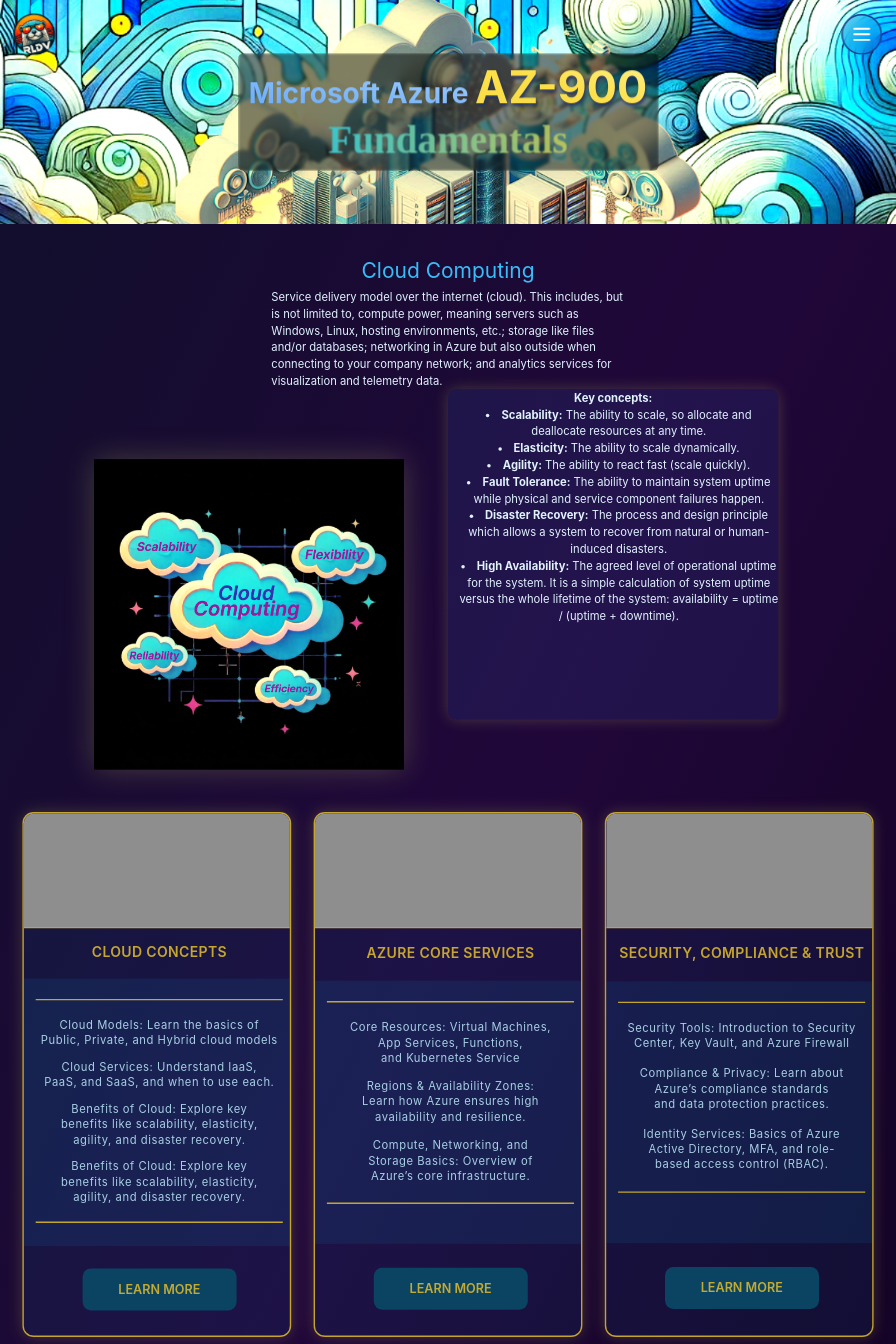
Repository: Freezler/az-900_svelte5
Page: /
These files come from the project's save history. The page is drawn as it stood at one moment and after the next save; the edit follows.
The browser window is 1280 px wide. The pictures show the part of the page from y = 0 to 1920 px (the page is 2638 px tall), at 70% of full size.
Pictures or frames that could not be fetched are drawn as grey boxes. The project was rebuilt for these pictures with package versions that can differ from the ones it lists, and the page was loaded fresh each time. The framework's server and built-in components were replaced by stand-ins that run in the browser. Also part of the build but not shown: vite.config.ts.

Above is the page before, as saved 2024-11-10 10:42:52.

### src/app.html
<!doctype html>
<html lang="en">
	<head>
		<meta charset="utf-8" />
		<link rel="icon" href="%sveltekit.assets%/favicon.png" />
		<meta name="viewport" content="width=device-width, initial-scale=1" />
		%sveltekit.head%
	</head>
	<body data-sveltekit-preload-data="hover" >
		<div style="display: contents">%sveltekit.body%</div>
	</body>
</html>

### src/routes/+layout.svelte
<script lang="ts">
	import '../app.css';
	let { children } = $props();

</script>

<div class="bg-gradient-to-br from-[#0d0c28fc] via-[#1b0135f9] to-[#10021e] bg-cover bg-center bg-no-repeat ">{@render children()}</div>

### src/routes/+page.svelte
<script lang="ts">
	import ComputingArticle from '../components/ComputingArticle.svelte';

	import Toggle from '../components/Toggle.svelte';
	import Header from '../components/Header.svelte';
	import Popover from '../components/Menu.svelte';
	import Cards from '../components/Cards.svelte';
	import Login from '../components/Login.svelte';
</script>

<header class="">
	<Popover />
	<Header />
</header>
<main>
	<section>
		<ComputingArticle />
		<Cards />
	</section>
	<aside><Toggle /></aside>
	<footer><Login /></footer>
</main>

### src/app.css
@tailwind base;
@tailwind components;
@tailwind utilities;

:root {
  --text-color  : rgba(244, 205, 48, 0.888);
  --bg-color    : hsla(217, 87%, 3%, 0.298);
  --bg-color2   : hsla(299, 91%, 31%, 0.974);
  --bg-gradient : 135deg, rgba(237, 249, 10, .7) 0%, rgba(216, 204, 37, 0.7) 35%, rgba(0, 212, 255, 0.7) 100%;
  --bg-gradient2: 90deg, rgba(216, 204, 37, 0.5) 0%, rgba(0, 212, 255, 0.5) 70%;
}

* {
  margin     : 0;
  padding    : 0;
  box-sizing : border-box;
  user-select: none;
  /* outline : 1px dotted red; */
}

body {
  font-family: 'Inter', sans-serif;


}

### src/components/ComputingArticle.svelte
<div class="grid items-center justify-center gap-2 place-self-center text-sky-100 max-w-[50ch]  pt-12">
	<h2 class="text-3xl text-center text-sky-400">Cloud Computing</h2>
	<p>
		Service delivery model over the internet (cloud). This includes, but is not limited to, compute
		power, meaning servers such as Windows, Linux, hosting environments, etc.; storage like files
		and/or databases; networking in Azure but also outside when connecting to your company network;
		and analytics services for visualization and telemetry data.
	</p>
</div>

<section class="grid items-center grid-cols-1 lg:grid-cols-2 justify-center place-items-center z-10 text-center">
	<img
		src="../public/images/cloud.png"
		alt="cloudSolutions"
		loading="lazy"

		class=" text-sky-100 drop-shadow-[0_0px_22px_rgba(255,255,99,0.2)] w-[572px] place-self-center"
	/>
	<article
		class=" bg-blue-500/10  text-sky-100 w-[472px] h-[472px] place-self-start rounded-xl shadow-[0_0px_22px_rgba(255,255,99,0.2)]"
	>
		<p><strong>Key concepts:</strong></p>
		<ul class="list-inside list-disc pl-4">
			<li>
				<strong>Scalability:</strong> The ability to scale, so allocate and deallocate resources at any
				time.
			</li>
			<li><strong>Elasticity:</strong> The ability to scale dynamically.</li>
			<li><strong>Agility:</strong> The ability to react fast (scale quickly).</li>
			<li>
				<strong>Fault Tolerance:</strong> The ability to maintain system uptime while physical and service
				component failures happen.
			</li>
			<li>
				<strong>Disaster Recovery:</strong> The process and design principle which allows a system to
				recover from natural or human-induced disasters.
			</li>
			<li>
				<strong>High Availability:</strong> The agreed level of operational uptime for the system. It
				is a simple calculation of system uptime versus the whole lifetime of the system: availability
				= uptime / (uptime + downtime).
			</li>
		</ul>
	</article>
</section>

### src/components/Toggle.svelte
<script lang="ts">

	let name = $state('Randy');
	let status: 'DARK' | 'LIGHT' = $state('DARK');
	let full_name = $derived(name + ' ' + 'de vries');

	function toggle() {
		status = status === 'DARK' ? 'LIGHT' : 'DARK';
	}

	function onclick() {
		status = status === 'DARK' ? 'LIGHT' : 'DARK';
		window.document.body.classList.toggle('dark-mode')
	}
</script>

<div class="max-w-[400px] mx-auto grid place-items-center items-center justify-center gap-2 border-2 p-4  py-8 my-4 bg-yellow-600/10">
		<p class="text-2xl font-serif text-white ">
			set theme: <span class="font-sans {status === 'LIGHT' ? 'text-gray-200' : 'text-red-900'}">{status}</span>
		</p>

		<!-- <button on:click={toggle}>toggle status</button> -->
		<button
			class=" w-[176px] rounded bg-blue-500 px-4 py-2 font-bold text-white hover:bg-blue-700 active:scale-[.98]"
			type="button"
			onclick={toggle}>Toggle theme</button
		>
	</div>

### src/components/Header.svelte
<script lang="ts">
	// Declare props
	let { name = 'AZ-900' } = $props();

	// Local state for the surname
	let surname = $state('Fundamentals');

	// Derived state for the full name
	let full_name = $derived(`${name} ${surname}`);
</script>

<div
	class="max-w-[100svw] z-100 mx-auto grid h-80 place-content-center place-items-center items-center justify-center bg-[url('/public/images/headImage.png')] bg-cover bg-top"
>
	<div class="grid backdrop-blur-[2px] px-4 rounded-lg backdrop-brightness-[.50] pb-4">
		<h1
			class="shadow-[rgba(7, 25, 224, 0.9)] drop bg-clip-text text-center text-[clamp(1rem,5vw,2.5rem)] font-bold text-transparent bg-gradient-to-tr from-blue-400 via-blue-300 to-blue-700  drop-shadow-[-2px_2px_2px_rgba(137, 25, 224, 0.9)]"
		>
			Microsoft Azure <span
				class="bg-gradient-to-tr from-yellow-300 via-yellow-300 to-yellow-200 bg-clip-text text-[clamp(2.8rem,5vw,8.5rem)] font-bold text-transparent drop-shadow-[2px_4px_2px_rgba(36,50,100,0.9)]"
				>{name}</span
			>
		</h1>
		<h3
			class="bg-clip-text text-6xl text-center text-[clamp(1rem,5vw,3.5rem)] font-[700] font-[montserrat] bg-gradient-to-r from-[hsl(192,88%,51%)] via-[--hsl(192,88%,71%)] to-[--text-color]  pb- text-transparent drop-shadow-[2px_4px_32px_rgba(6,100,150,0.9)] backdrop-brightness-[.90] "
		>
			{surname}
		</h3>
	</div>
</div>

### src/components/Menu.svelte
<script lang="ts">
	import { cubicInOut } from 'svelte/easing';
	import { fly } from 'svelte/transition';
	let showMenu: boolean = $state(false);


</script>

	<!-- Your existing code -->

<img
	src="/public/images/Design 2.png"
	alt="Ran form Logo"
	class="fixed left-[16px] top-[16px] w-[64px] rounded-full z-[200]"
/>
<button
	onclick={() => (showMenu = !showMenu)}
	class="fixed right-[20px] top-[20px] flex  h-[58px] w-[58px] items-center justify-center rounded-full bg-blue-600/20 backdrop-blur text-white border-2 border-blue-900"
>
	<svg
		xmlns="http://www.w3.org/2000/svg"
		class="h-8 w-8"
		fill="none"
		viewBox="0 0 24 24"
		stroke="currentColor"
	>
		{#if showMenu}
			<path
				stroke-linecap="round"
				stroke-linejoin="round"
				stroke-width="2"
				d="M6 18L18 6M6 6l12 12"
			/>
		{:else}
			<path
				stroke-linecap="round"
				stroke-linejoin="round"
				stroke-width="2"
				d="M4 6h16M4 12h16M4 18h16"
			/>
		{/if}
	</svg>
</button>

{#if showMenu}
	<ul
		class="items-center justify-center fixed bottom-0 right-0 z-100 grid h-[50vh] w-[100vw] border-t border-blue-900 place-content-center bg-blue-600/20 backdrop-blur text-white uppercase text-center text-xl z-[200]"
		transition:fly={{ y: 100, duration: 420, easing: cubicInOut }}
	>
		<li class="px-2 py-4 w-[80vw] underline underline-offset-4 transition-colors ease-linear duration-400 hover:bg-blue-600/20 rounded-t-lg  bg-blue-200/30">
			<a href="/">Home</a>
		</li>
		<li class=" px-2 py-4 transition-colors hover:underline underline-offset-4  ease-linear duration-400 hover:bg-blue-600/20  bg-blue-200/30">
			<a href="/concepts">Concepts</a>
		</li>
		<li class=" px-2 py-4 transition-colors hover:underline underline-offset-4 ease-linear duration-400 hover:bg-blue-600/20  bg-blue-200/30">
			<a href="/security">Security</a>
		</li>
		<li class="px-2 py-4 transition-colors  hover:underline underline-offset-4 ease-linear duration-400 hover:bg-blue-600/20 rounded-b-lg  bg-blue-200/30">
			<a href="/services">Services</a>
		</li>
	</ul>
{/if}

### src/components/Cards.svelte
<script>
	import { goto } from '$app/navigation';
	// Define your plans as an array of objects
	const concepts = [
		{
			url: 'concepts',
			image:
				'https://learn.microsoft.com/training/achievements/microsoft-azure-fundamentals-describe-cloud-concepts-social.png',
			name: 'Cloud Concepts',
			features: [
				'Cloud Models: Learn the basics of Public, Private, and Hybrid cloud models',
				'Cloud Services: Understand IaaS, PaaS, and SaaS, and when to use each.',
				'Benefits of Cloud: Explore key benefits like scalability, elasticity, agility, and disaster recovery.',
				'Benefits of Cloud: Explore key benefits like scalability, elasticity, agility, and disaster recovery.'

			]
		},
		{
			url: 'services',
			image:
				'https://images.unsplash.com/photo-1667372459510-55b5e2087cd0?q=80&w=1932&auto=format&fit=crop&ixlib=rb-4.0.3&ixid=M3wxMjA3fDB8MHxwaG90by1wYWdlfHx8fGVufDB8fHx8fA%3D%3D',
			name: 'Azure Core Services',
			features: [
				'Core Resources: Virtual Machines, App Services, Functions, and Kubernetes Service',
				'Regions & Availability Zones: Learn how Azure ensures high availability and resilience.',
				'Compute, Networking, and Storage Basics: Overview of Azure’s core infrastructure.'
			]
		},
		{
			url: 'security',
			image:
				'https://plus.unsplash.com/premium_photo-1700830452756-1a3f4314e564?q=80&w=1674&auto=format&fit=crop&ixlib=rb-4.0.3&ixid=M3wxMjA3fDB8MHxwaG90by1wYWdlfHx8fGVufDB8fHx8fA%3D%3D',
			name: 'Security, Compliance & Trust',
			features: [
				'Security Tools: Introduction to Security Center, Key Vault, and Azure Firewall',
				'Compliance & Privacy: Learn about Azure’s compliance standards and data protection practices.',
				'Identity Services: Basics of Azure Active Directory, MFA, and role-based access control (RBAC).'
			]
		}
	];
</script>

<section
	class="z-10 grid grid-rows-1 gap-8 py-8 md:grid-cols-2 md:gap-8 md:px-8 xl:grid-cols-3"
>
	{#each concepts as concept}
		<div
			class=" pt-1  grid grid-rows-[148px_64px_auto_auto] place-items-center overflow-hidden rounded-2xl border-2 border-[--text-color] bg-sky-600/10 pb-9 shadow-[0_0px_22px_rgba(255,255,99,0.2)] brightness-90 transition duration-700 hover:scale-[1.001] hover:border-[hsla(184,69%,60%,1)] hover:shadow-[2px_6px_12px_rgba(22,125,22,0.9)]"
		>
			<img
				src={concept.image}
				class=" z-10 h-[172px] pt-2  w-full border-b-2 border-[--text-color] object-cover object-center hover:border-[hsla(184,69%,60%,1)]"
				loading="lazy"
				alt="concept"
			/>
			<div class="row-span-2 grid grid-cols-subgrid place-items-center items-center justify-center">
				<h2 class="] mt-[28px] text-xl font-semibold uppercase tracking-wide text-[--text-color]">
					{concept.name}
				</h2>
			</div>

			<div
				class=" row-span-12 my-5 w-full grid grid-rows-subgrid place-items-start items-start gap-4 text-pretty border border-transparent bg-sky-500/10 px-4 pt-7 pb-6 text-center"
			>
				{#each concept.features as feature}
					<h3
						class="border-b-1 mx-auto  grid w-[35ch]  grid-rows-subgrid text-balance border-[--text-color] px-0 text-[14px] font-normal leading-snug tracking-wider text-sky-200 py-0 first:border-t-2 first:pt-6 last:pb-6 last:border-b-2 lg:text-[16px] border-s-fuchsia-400 ">
						{feature}
					</h3>
				{/each}
			</div>
			<button
				type="button"
				class="mx-auto mt-3 w-[220px] grid-cols-subgrid rounded-xl border-[2px_solid_var(--text-color)] bg-sky-900 px-8 py-4 text-base font-semibold uppercase text-[--text-color] transition duration-[420ms] hover:bg-sky-500 hover:text-white hover:shadow-[2px_2px_22px_rgb(65,183,255,0.9)] md:text-lg lg:text-lg"
				><a href="/{concept.url}">Learn more</a></button
			>
		</div>
	{/each}
</section>

### src/components/Login.svelte
<script>
	import { onMount } from 'svelte';
	let user = $state('Stranger');
	/**
	 * @param {any} response
	 */
	function googleLoginEndpoint(response) {
	  console.log('Google login successful:', response);
	}

	// onMount(() => {
	//   const script = document.createElement("script");
	//   script.src = "https://accounts.google.com/gsi/client";
	//   script.async = true;
	//   script.defer = true;
	//   document.head.appendChild(script);
	// });
</script>

<div class="relative flex min-h-[60vh] items-center justify-center py-16 ">
	<div class="flex w-full max-w-4xl flex-col overflow-hidden rounded-lg shadow-lg md:flex-row">
		<!-- Left side: Logo and Welcome message -->
		<div
			class="flex flex-col items-center justify-center bg-[url('/public/images/headImage.png')] bg-cover bg-center object-cover p-14 text-white md:w-1/2 "
		>
			<img
				src="/public/images/Design 2.png"
				alt="Ran form Logo"
				class="mb-4 h-40 w-40 rounded-full"
			/>
			<h2 class="text-2xl font-semibold p-2 rounded-xl bg-slate-600/50  ">Good Evening {user}!</h2>
			<p class="mt-2 text-center text-lg rounded-xl bg-slate-600/50  p-2 ">Log in to your account!</p>
		</div>

		<!-- Right side: Login Form -->
		<div
			class="flex flex-col items-center justify-center  h-[50vh] bg-blue-600/40 backdrop-blur pt-8 "
		>
			<!-- Google Login Button -->
			<div
				id="g_id_onload"
				data-client_id="YOUR_GOOGLE_CLIENT_ID"
				data-context="signin"
				data-callback="googleLoginEndpoint"
				data-close_on_tap_outside="false"
				data-prompt_parent_id="g_id_onload"
			></div>

			<button
				class="flex w-3/5 items-center justify-center space-x-2 rounded-full border border-gray-300 bg-white py-2 shadow-md hover:bg-gray-50 focus:outline-none"
			>
				<span class="fab fa-google text-gray-500"></span>
				<span class="text-gray-700">Continue with Google</span>
			</button>

			<!-- Divider -->
			<div class="my-4 flex w-full items-center">
				<hr class="flex-grow border-t border-gray-300" />
				<span class="px-3 text-gray-500">OR</span>
				<hr class="flex-grow border-t border-gray-300" />
			</div>

			<!-- Email Login Button -->
			<button
				class="flex w-3/5 items-center justify-center space-x-2 rounded-full border border-gray-300 bg-white py-2 shadow-md hover:bg-gray-50 focus:outline-none"
			>
				<span class="fa fa-user text-gray-500"></span>
				<span class="text-gray-700">Enter Email & Password</span>
			</button>

			<!-- Sign up and Terms Links -->
			<div class=" w-full text-center">
				<p class="text-sm text-red-300">
					Don't have an account? <a href="_blank" class="text-blue-600 hover:underline">Sign up</a>
				</p>
				<p class="mt-0 text-xs text-gray-500 w-[50ch]">
					By continuing, you agree to our <a href="_blank" target="_blank" class="hover:underline"
						>Terms of Service</a
					>
					and
					<a href="_blank" target="_blank" class="hover:underline">Privacy Policy</a>.
				</p>
			</div>
		</div>
	</div>
</div>

### tailwind.config.ts
import aspectRatio from '@tailwindcss/aspect-ratio';
import containerQueries from '@tailwindcss/container-queries';
import forms from '@tailwindcss/forms';
import typography from '@tailwindcss/typography';
// import type { Config } from 'tailwindcss';

export default {
	content: ['./src/**/*.{html,js,svelte,ts}'],


	theme: {
		extend: {
			animation: {



			},

			keyframes: {

			}

		}
	},

	plugins: [typography, forms, containerQueries, aspectRatio]
}

After the next save:
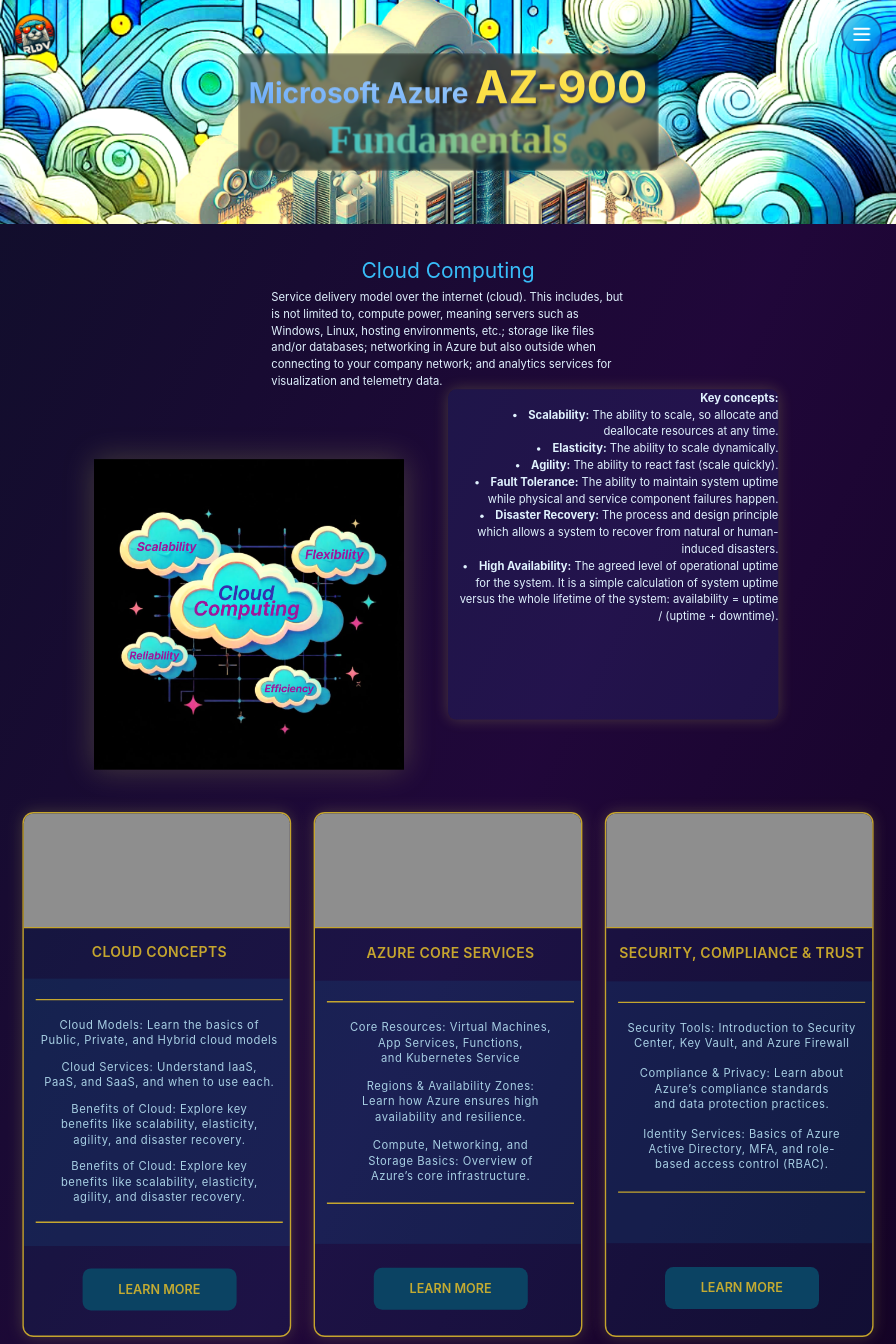
Saved 8 s later.
--- a/src/components/ComputingArticle.svelte
+++ b/src/components/ComputingArticle.svelte
@@ -8,7 +8,7 @@
 	</p>
 </div>
 
-<section class="grid items-center grid-cols-1 lg:grid-cols-2 justify-center place-items-center z-10 text-center">
+<section class="grid items-center grid-cols-1 lg:grid-cols-2 justify-center place-items-center z-10 text-end">
 	<img
 		src="../public/images/cloud.png"
 		alt="cloudSolutions"

After the save that followed:
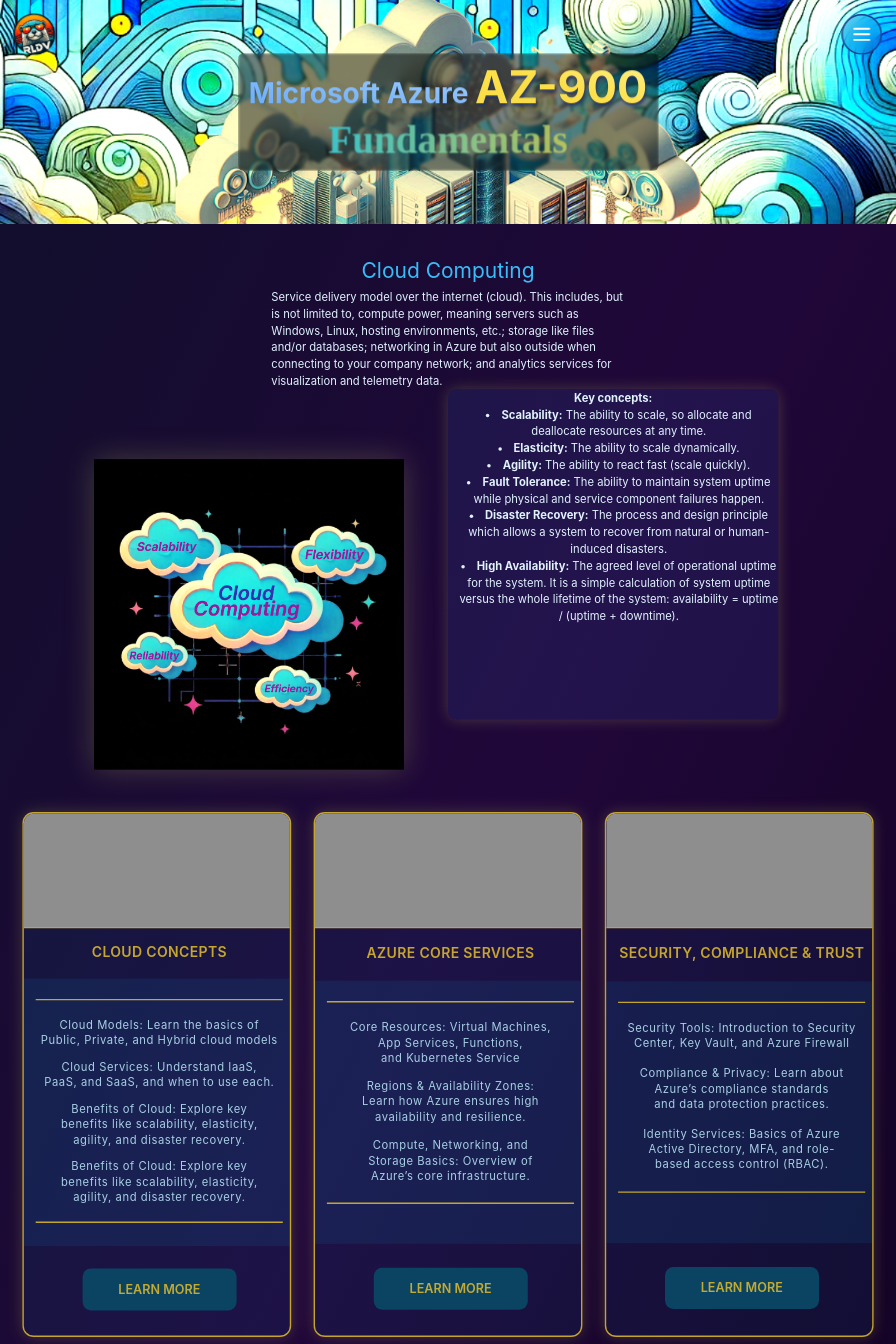
Saved 5 s later.
--- a/src/components/ComputingArticle.svelte
+++ b/src/components/ComputingArticle.svelte
@@ -8,7 +8,7 @@
 	</p>
 </div>
 
-<section class="grid items-center grid-cols-1 lg:grid-cols-2 justify-center place-items-center z-10 text-end">
+<section class="grid items-center grid-cols-1 lg:grid-cols-2 justify-center place-items-center z-10 text-center">
 	<img
 		src="../public/images/cloud.png"
 		alt="cloudSolutions"
